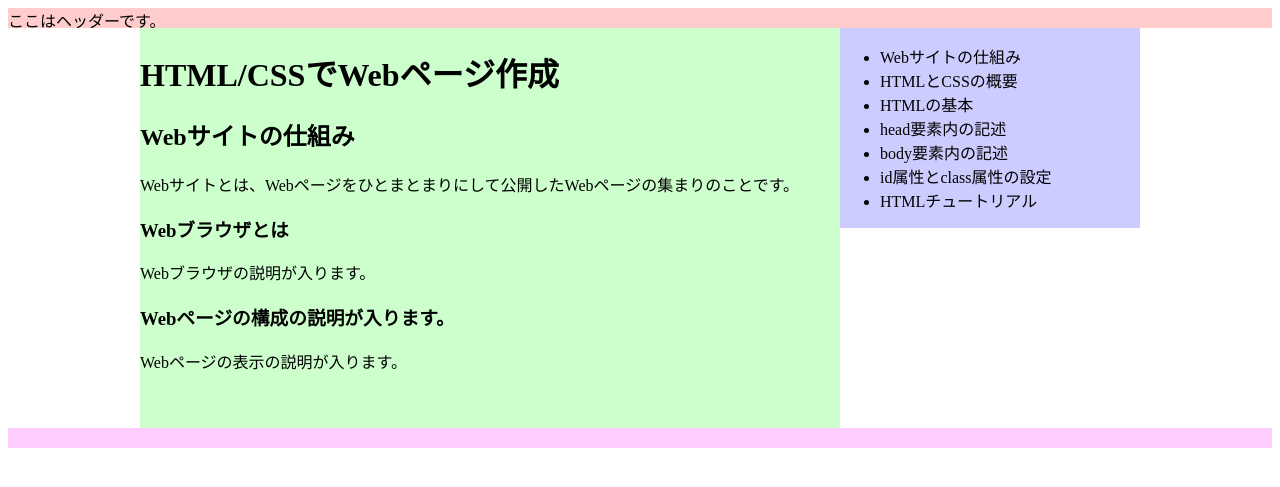
Repository: toshiyukitsumoto/first-git
Page: kadai-html.html
The author's editor kept a record of every edit. The page is drawn from the files as they stood at one moment, then again after the next edit.
The browser window is 1280 px wide. The pictures show the whole page.

Above is the page before.

### kadai-html.html
<!DOCTYPE html>
<html lang="ja">
    <head>
        <meta charset="UTF-8">
        <title>HTMLで文書作成</title>
        <link rel="stylesheet" href="kadai-css.css">
    </head>
    <body>
        <header>
            ここはヘッダーです。
        </header>
        <div id="wrapper">
            <nav id="menu">
                <ul>
                    <li>Webサイトの仕組み</li>
                    <li>HTMLとCSSの概要</li>
                    <li>HTMLの基本</li>
                    <li>head要素内の記述</li>
                    <li>body要素内の記述</li>
                    <li>id属性とclass属性の設定</li>
                    <li>HTMLチュートリアル</li>
                </ul>
            </nav>
            <div id="main">
                <h1>HTML/CSSでWebページ作成</h1>
                <h2>Webサイトの仕組み</h2>
                <section>
                    <p>Webサイトとは、Webページをひとまとまりにして公開したWebページの集まりのことです。</p>
                </section>
                <h3>Webブラウザとは</h3>
                <section>
                    <p>Webブラウザの説明が入ります。</p>
                </section>
                <h3>Webページの構成の説明が入ります。</h3>
                <section>
                    <p>Webページの表示の説明が入ります。</p>
                </section>
            </div>
        </div>
        <footer>
        </footer>
    </body>
</html>

### kadai-css.css
@charset "UTF-8";

#wrapper {
    overflow: hidden;
}

header {
    height: 20px;
    background-color: #ffcccc;
}

#wrapper {
    width: 1000px;
    margin: 0 auto;
}

#main {
    float: left;
    width: 700px;
    height: 400px;
    background-color: #ccffcc;
}

#menu {
    float: right;
    width: 300px;
    height: 200px;
    background-color: #ccccff;
}

.clearfix::after {
    content: '';
    display: block;
    clear: both;
}

footer {
    height: 20px;
    background-color: #ffccff;
}

After the next edit:
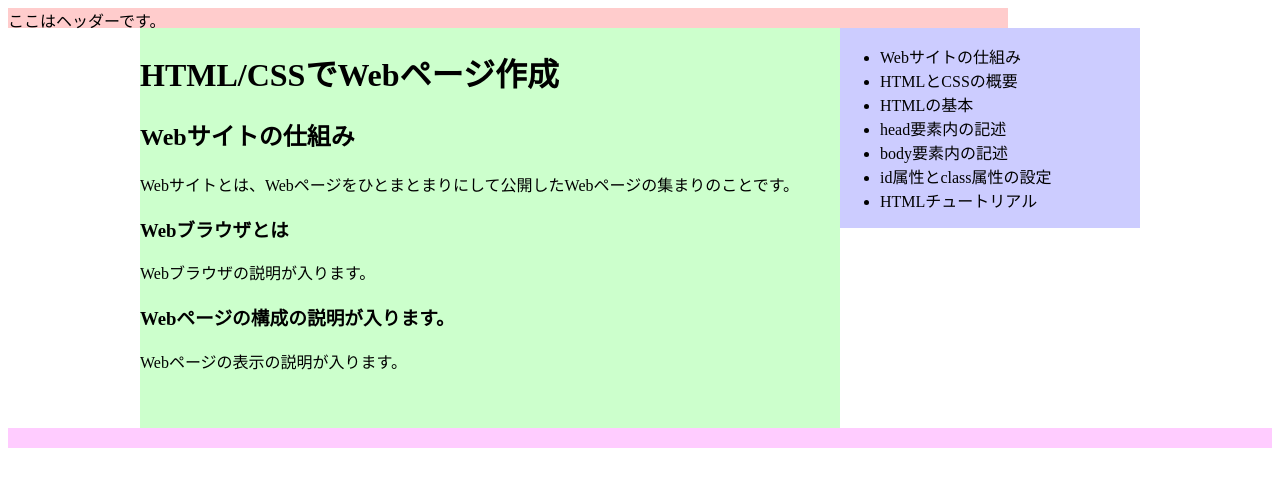
The edit:
--- a/kadai-css.css
+++ b/kadai-css.css
@@ -6,6 +6,7 @@
 
 header {
     height: 20px;
+    width: 1000px;
     background-color: #ffcccc;
 }
 
